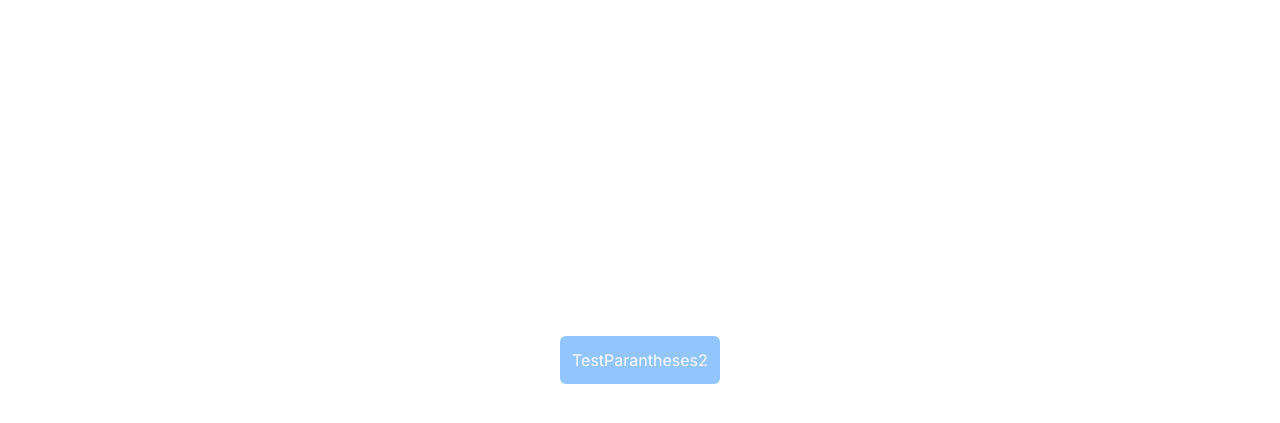
Repository: FrontendProjectsNL/next-auth-credentials-exercise
Page: /parantheses2
These files come from the project's save history. The page is drawn as it stood at one moment and after the next save; the edit follows.
The browser window is 1280 px wide. The pictures show the whole page.
The project was rebuilt for these pictures with package versions that can differ from the ones it lists, and the page was loaded fresh each time. The framework's server and built-in components were replaced by stand-ins that run in the browser. Also part of the build but not shown: next.config.mjs.

Above is the page before, as saved 2024-07-13 13:43:50.

After the next save:
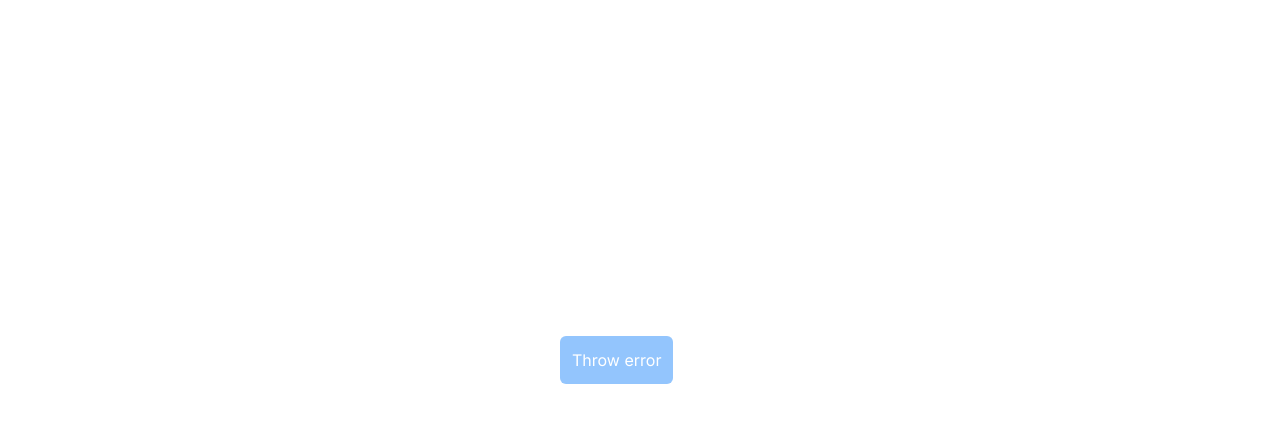
Saved 18 min 55 s later.
--- a/app/(test)/parantheses2/page.tsx
+++ b/app/(test)/parantheses2/page.tsx
@@ -16,7 +16,7 @@ const TestParantheses = () => {
           onClick={() => setVal((prev) => !prev)}
           className=" bg-blue-300 text-white rounded-md p-3"
         >
-          TestParantheses2
+          Throw error
         </button>
       </div>
     </div>
